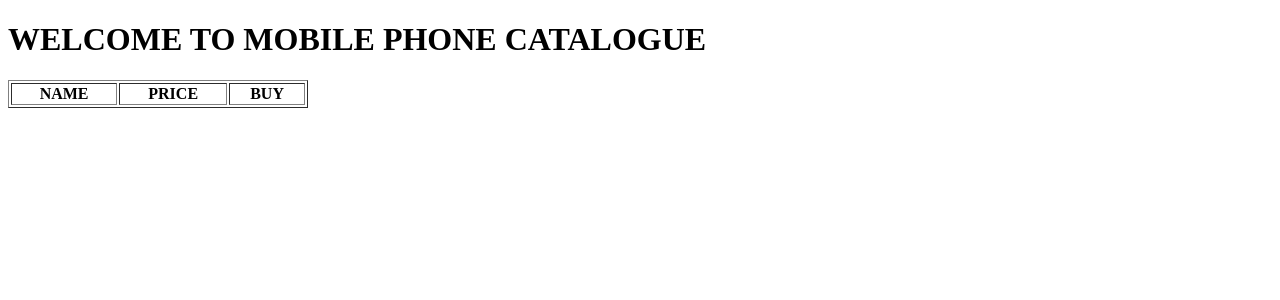
Repository: nikhilbad7/jsp-practicals
Page: classwork/WebContent/exp15.html
An editor plug-in stored every save of this project. The page is shown before and after the next save, followed by the edit.
The browser window is 1280 px wide. The pictures show the whole page.

Above is the page before, as saved 2018-04-12 17:02:17.

### classwork/WebContent/exp15.html
<!DOCTYPE HTML>
<html>
	<head>
		<title>MOBILE PHONE CATALOGUE</title>
	</head>
	<body>
		<h1>WELCOME TO MOBILE PHONE CATALOGUE</h1>
		<table border=1 width=300px>
		<tr>
			<th>NAME</th>
			<th>PRICE</th>
			<th>BUY</th>
		</tr>

		</table>
	</body>
</html>

After the next save:
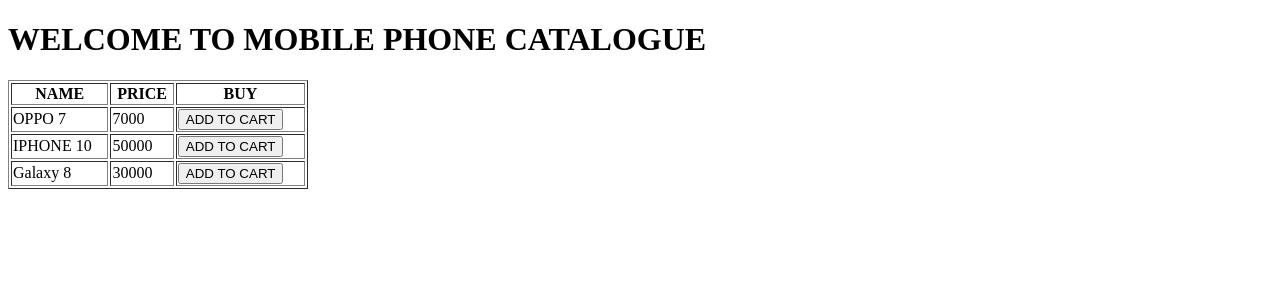
Saved 10 min 8 s later.
--- a/classwork/WebContent/exp15.html
+++ b/classwork/WebContent/exp15.html
@@ -11,6 +11,22 @@
 			<th>PRICE</th>
 			<th>BUY</th>
 		</tr>
+		<tr>
+			<td>OPPO 7</td>
+			<td>7000</td>
+			<td><input type="button" value="ADD TO CART"></td>
+		</tr>
+		<tr>
+			<td>IPHONE 10</td>
+			<td>50000</td>
+			<td><input type="button" value="ADD TO CART"></td>
+		</tr>
+		<tr>
+			<td>Galaxy 8</td>
+			<td>30000</td>
+			<td><input type="button" value="ADD TO CART"></td>
+		</tr>
+
 
 		</table>
 	</body>
